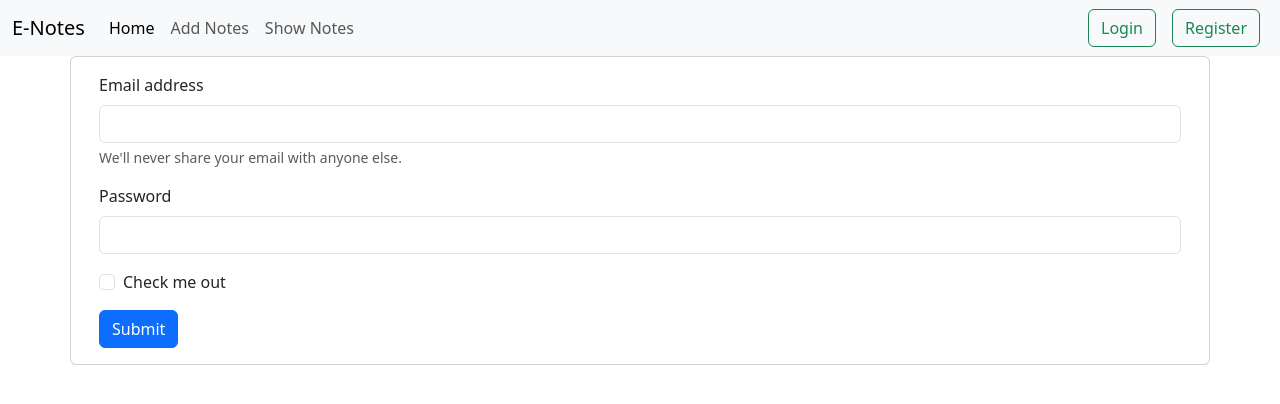
Repository: SandeepSharma2002/JavaProjects
Page: http://localhost/ENotes/LoginPage.jsp
The author's editor kept a copy of each file at every save. The page is drawn from the files as they stood at one save, then again after the next save.
The browser window is 1280 px wide. The pictures show the whole page.
The page is served by Tomcat 9.

Above is the page before, as saved 2023-10-23 19:58:16.

After the next save:
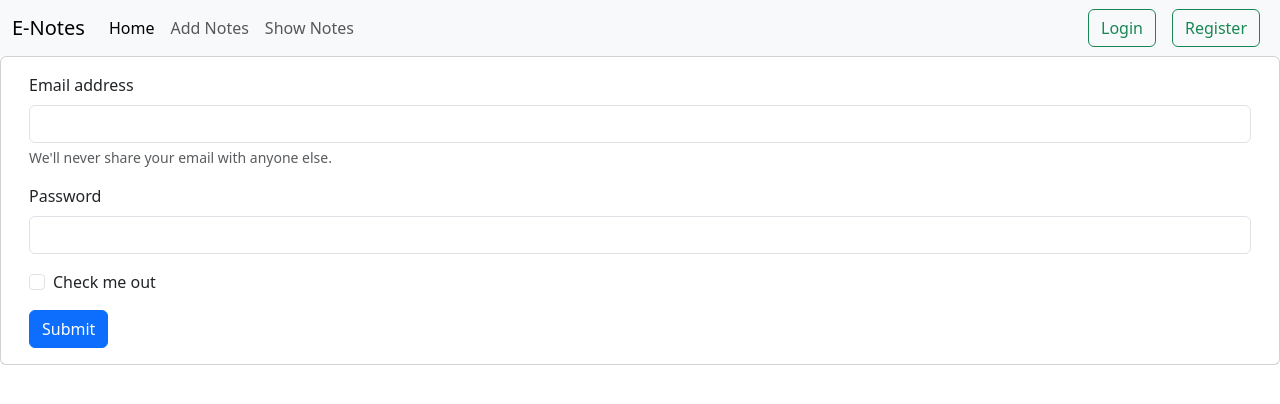
Saved 8 s later.
--- a/ENotes/src/main/webapp/LoginPage.jsp
+++ b/ENotes/src/main/webapp/LoginPage.jsp
@@ -9,7 +9,7 @@
 </head>
 <body>
 	<%@include file="Components/Navbar.jsp"%>
-	<div class="card container">
+	<div class="card container-fluid">
 		<div class="card-body">
 			<form>
 				<div class="mb-3">
